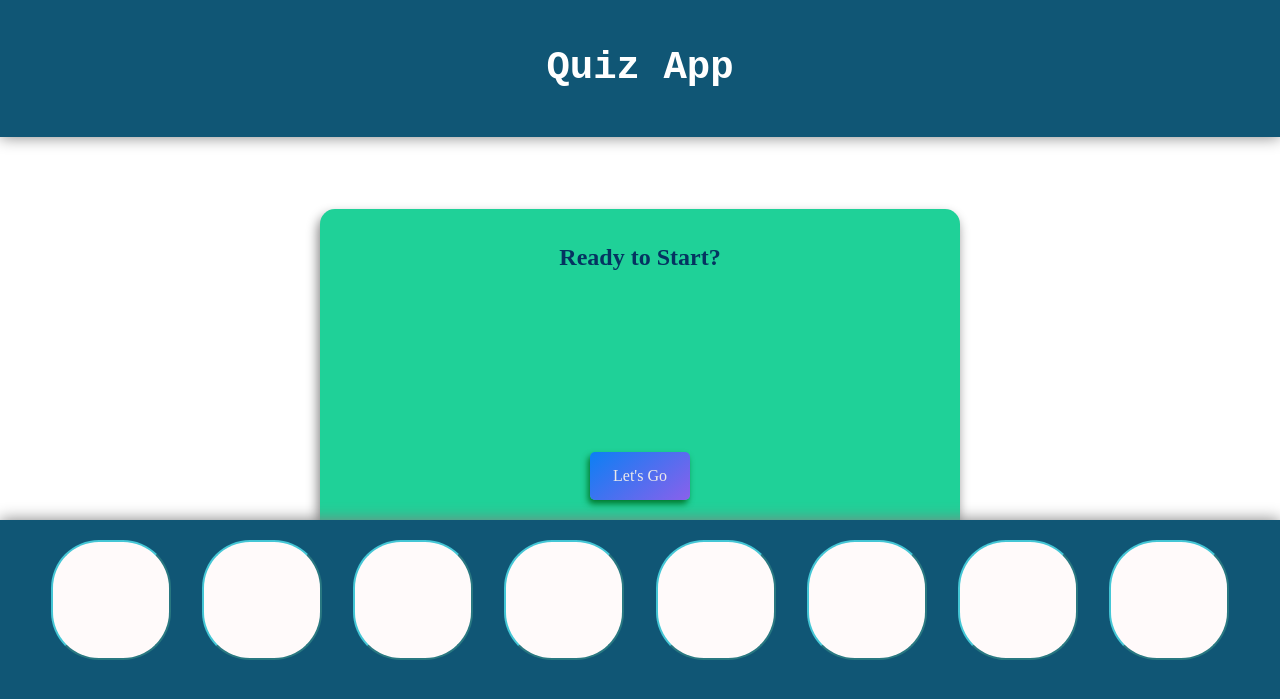
Repository: tpic12/quiz_app
Page: index.html
The author's editor kept a copy of each file at every save. The page is drawn from the files as they stood at one save, then again after the next save.
The browser window is 1280 px wide. The pictures show the whole page.

Above is the page before, as saved 2019-12-28 12:01:18.

After the next save:
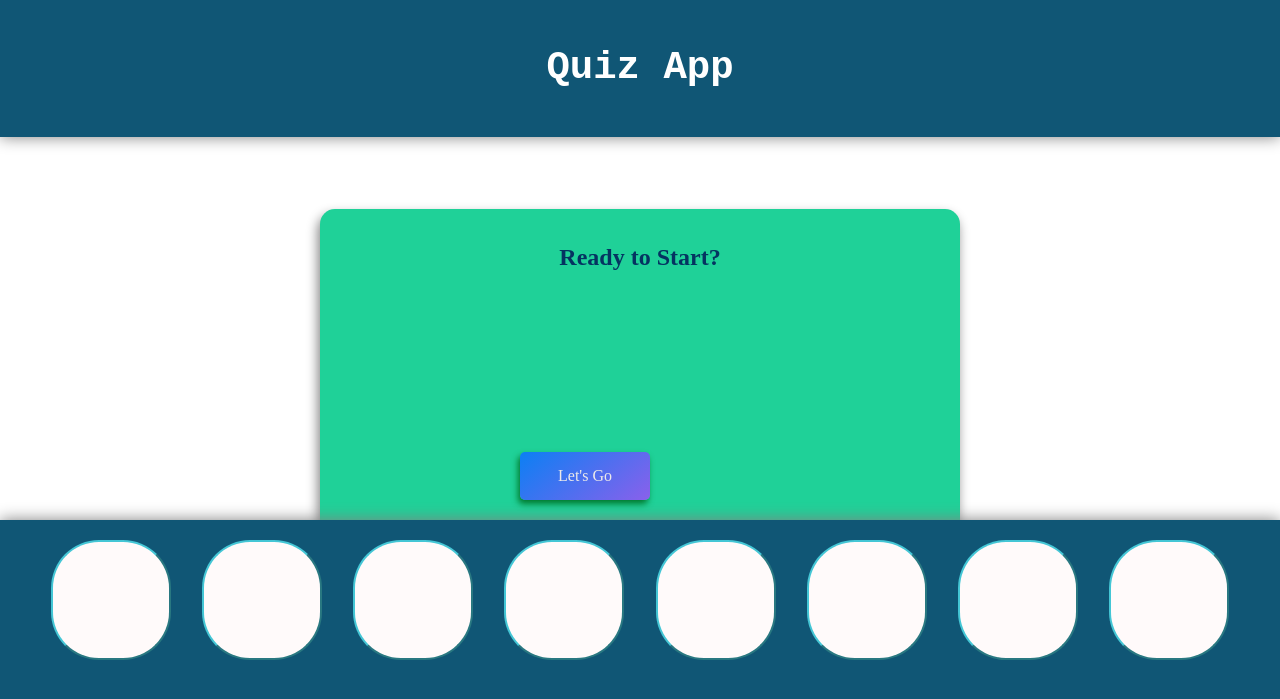
Saved 83 s later.
--- a/app.css
+++ b/app.css
@@ -31,7 +31,7 @@ footer {
 
 .main_card {
   display: flex;
-  flex-flow: column wrap;
+  flex-flow: column;
   margin: auto;
   margin-top: 10vh;
   max-width: 50vw;
